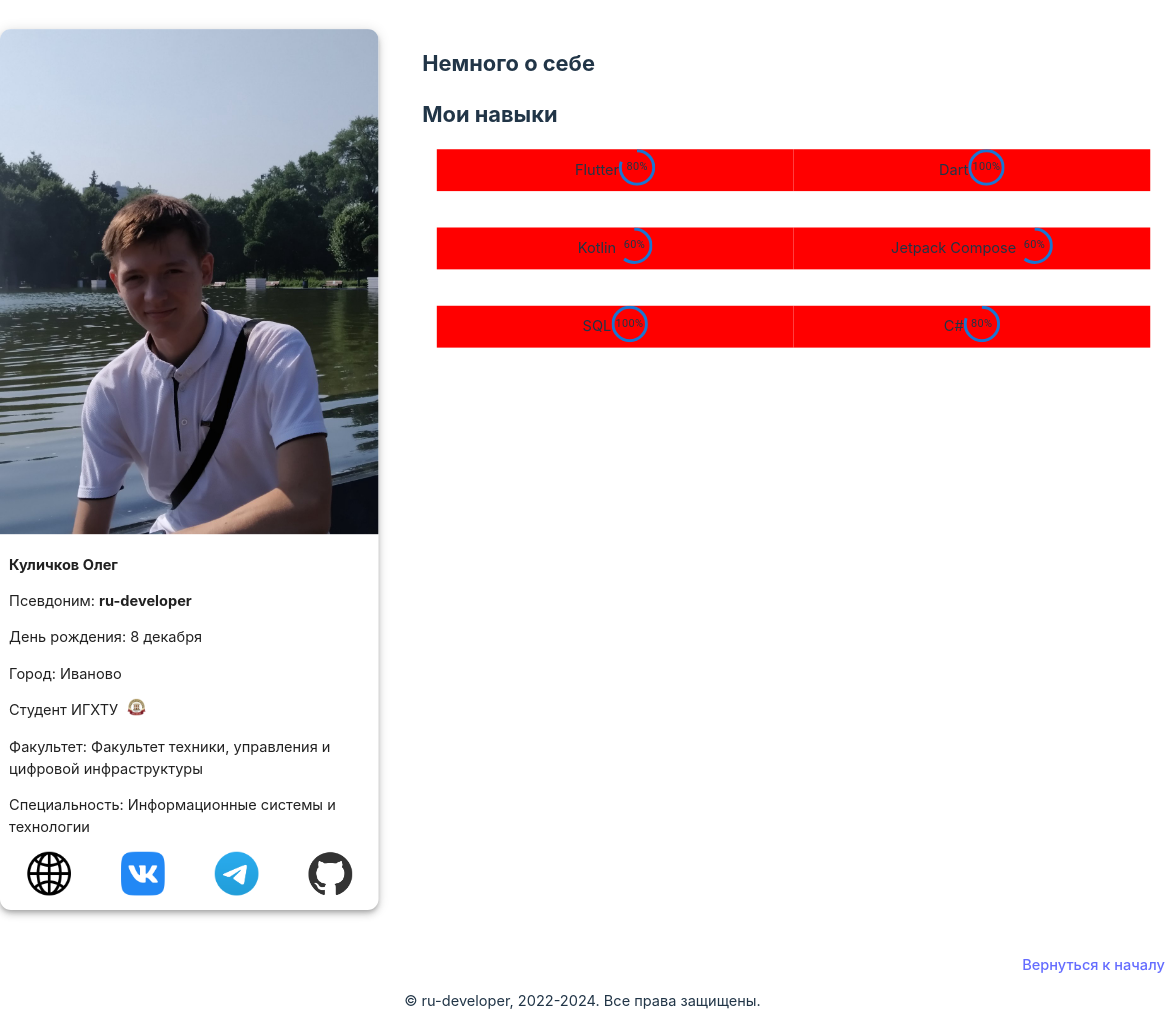
Repository: HubOl01/my_profile
Page: /
These files come from the project's save history. The page is drawn as it stood at one moment and after a run of saves; the edit follows.
The browser window is 1280 px wide. The pictures show the whole page, at 91% of full size.
The project was rebuilt for these pictures with package versions that can differ from the ones it lists, and the page was loaded fresh each time. Also part of the build but not shown: vite.config.ts, src/components/header/Header.module.scss, src/data/websites.ts.

Above is the page before, as saved 2024-03-09 10:57:41.

### src/App.tsx
import { Grid } from '@mui/material'
import './App.css'
import Common from './components/center/Common'
import Footer from './components/footer/Footer'
import Header from './components/header/Header'
import LeftBar from './components/left/LeftBar'
import style from './App.module.scss'

function App() {

  return (
    <>
      <Header />
      <Grid container spacing={2}>
        <Grid className={style.profile} item xs={4}>
          <LeftBar />
        </Grid>
        <Grid item xs>
          <Common />
        </Grid>
      </Grid>
      <Footer />
    </>
  )
}

export default App

### src/App.css
#root {
  max-width: 1280px;
  margin: 0 auto;
  /* padding: 2rem; */
  /* text-align: center; */
}
.logo:hover {
  filter: drop-shadow(0 0 2em #646cffaa);
}
.logo.react:hover {
  filter: drop-shadow(0 0 2em #61dafbaa);
}

@keyframes logo-spin {
  from {
    transform: rotate(0deg);
  }
  to {
    transform: rotate(360deg);
  }
}

@media (prefers-reduced-motion: no-preference) {
  a:nth-of-type(2) .logo {
    animation: logo-spin infinite 20s linear;
  }
}

/* .card {
  padding: 2em;
} */

.read-the-docs {
  color: #888;
}


/* .profile{
  min-width: 100%;
} */

### src/components/center/Common.tsx
import React from 'react'
import styles from './styles.module.scss'
import { Box, Grid } from '@mui/material'
import { CircularProgressWithLabel } from '../atoms/circularProgressWithLabel'
import { my_skills } from '../../data/my_skills'

export default function Common() {
  return (
    <div className={styles.center_common}>
      <h2>Немного о себе</h2>
      <p>

      </p>
      <h2>
        Мои навыки
      </h2>
      <Grid container margin={2} rowGap={5}>
        {
          my_skills.map((skill) =>
            <Grid xs={6}>
              <Box sx={{
                // width: "100%",
                "textAlign": "center",
                background: "red",
              }}
              ><div style={{
                display: "inline-block",
                "textAlign": "center",
                transform: "translateY(-50%)",
              }}>
                {skill.name}

              </div>
                <CircularProgressWithLabel value={skill.progress * 100} />


              </Box>
            </Grid>
          )
        }
        {/*
        <Grid xs={6} ><CircularProgressWithLabel value={my_skills[0].progress}/></Grid> */}
        {/* <Grid xs={6} ><CircularProgressWithLabel value={}/><</Grid>
        <Grid xs={6} ><CircularProgressWithLabel value={}/><</Grid>
        <Grid xs={6} ><CircularProgressWithLabel value={}/><</Grid>
        <Grid xs={6} ><CircularProgressWithLabel value={}/><</Grid>
        <Grid xs={6} ><CircularProgressWithLabel value={}/><</Grid> */}
      </Grid>
      {/* <h2>Хобби</h2>
      <p>
        Я люблю изучать что-то новое. Я программирую на языке программирования
        C# и продолжаю осваивать язык в некоторых направлениях. (Например:
        создание мобильных приложений Xamarin и создание игр Unity)
      </p>
      <h2>Спорт</h2>
      <p>
        Я более 10 лет занимаюсь конькобежным спортом. В 16 лет выполнил
        спортивный разряд кандидат в мастера спорта. Кроме этого, с начала 1
        курса я начал заниматься легкой атлетикой. Принимаю участие в
        соревнованиях в составе сборной ИГХТУ.
      </p> */}
    </div>
  )
}

### src/components/footer/Footer.tsx
import React from 'react'

export default function Footer() {
  return (
    // <footer className="text-muted" style={{
    //   "width":"100%"
    // }}>
      <div className="container">
        <p className="float-right" style={{
      "textAlign": "right"
    }}>
          <a href="#">Вернуться к началу</a>
        </p>
        <p className="footer-text"
        style={{
          "textAlign": "center"
        }}
        >© ru-developer, 2022-{(new Date()).getFullYear()}. Все права защищены.</p>
      </div>
    // </footer>
  )
}

### src/components/header/Header.tsx
import './Header.module.scss'

export default function Header() {
  return (
      <div>
        {/* <h1>About myself</h1> */}
      </div>
  )
}

### src/components/left/LeftBar.tsx
import { Card, Grid } from '@mui/material';
import about from '../../assets/images/About.jpg';
import isuct from '../../assets/images/isuct.png';
import { websites } from '../../data/websites';
import { nickname } from '../../data/my_projects';
import style from './style.module.scss';

const list_web = websites.map((web) =>
  <Grid item xs>
    <div className="web">
      <a
        href={web.href}
        title={web.title}
      >
        <img
          className={style.img_icon}
          alt={web.alt}
          src={web.src}
          width={40}
        />
      </a>
    </div>
  </Grid>
)


const LeftBar = () => {
  return (
    <>
      <Card elevation={5}
      className={style.leftCard}
        sx={{
          borderRadius: 3,
        }} >
        <a title="Куличков Олег" href="https://vk.com/oleg01f">
          <img
            alt="about"
            src={about}
            style={{
              // borderRadius: '15px',
              display: 'flex',
              width: "100%",
            }}
            data-holder-rendered="true"
          />
        </a>
        <div style={{ padding: "5px 10px 10px 10px" }}> {/* top, right, bottom, left */}
          <div>
            <p>
              <b>Куличков Олег</b>
            </p>
            <p>
              Псевдоним: <b>{nickname}</b>
            </p>
            <p>
              <span >День рождения:</span> 8 декабря
            </p>
            <p>
              <span className="text-format">Город:</span> Иваново
            </p>
            <p>
              Студент ИГХТУ
              <img
                className="isuct"
                alt="ISUCT"
                src={isuct}
                width={20}
                style={{ "marginLeft": "10px" }}
              // data-holder-rendered="true"
              />
            </p>
            <p>
              <span className="text-format">Факультет:</span> Факультет техники,
              управления и цифровой инфраструктуры
            </p>
            <p>
              <span className="text-format">Специальность:</span> Информационные
              системы и технологии
            </p>
            {/* <p style={{
              "textAlign": "center",
              "justifyContent": "center",
              display: 'flex',
              width: "100%",

          }}>
            <span className="text-format">Социальные сети</span>
          </p> */}

            <Grid container spacing={2}

              sx={{
                'textAlign': "center",
                // display: 'flex',
                // width: "100%",
              }
              }>
              {list_web}
            </Grid>

          </div>
        </div>


      </Card>
    </>
  )
}

export default LeftBar

### src/App.module.scss
@media (max-width: 425px) {
    .profile{
      min-width: 100%;
    }
  }
  @media screen and (min-width: 426px) {
    .profile{
      min-width: 300px;
    }
  }

### src/components/center/styles.module.scss
.center_common{
    padding: 2rem;
}

### src/components/atoms/circularProgressWithLabel.tsx
import * as React from 'react';
import CircularProgress, {
  CircularProgressProps,
} from '@mui/material/CircularProgress';
import Typography from '@mui/material/Typography';
import Box from '@mui/material/Box';

export function CircularProgressWithLabel(
  props: CircularProgressProps & { value: number },
) {
  return (
    <Box sx={{ position: 'relative', display: 'inline-flex' }}>
      <CircularProgress variant="determinate" {...props} />
      <Box
        sx={{
          top: 0,
          left: 0,
          bottom: 0,
          right: 0,
          position: 'absolute',
          display: 'flex',
          alignItems: 'center',
          justifyContent: 'center',
        }}
      >
        <Typography
          variant="caption"
          component="div"
          // color="text.secondary"
        >{`${Math.round(props.value)}%`}</Typography>
      </Box>
    </Box>
  );
}

// export default function CircularWithValueLabel() {
//   const [progress, setProgress] = React.useState(10);

//   React.useEffect(() => {
//     const timer = setInterval(() => {
//       setProgress((prevProgress) => (prevProgress >= 100 ? 0 : prevProgress + 10));
//     }, 800);
//     return () => {
//       clearInterval(timer);
//     };
//   }, []);

//   return <CircularProgressWithLabel value={progress} />;
// }

### src/data/my_skills.ts
import { FullStack } from "./my_projects";

interface ISkill{
    name: string;
    progress: number;
}

export const my_skills: ISkill[] = [
    {
        name: FullStack.Flutter,
        progress: .80
    },
    {
        name: FullStack.Dart,
        progress: 1
    },
    {
        name: FullStack.Kotlin,
        progress: .6
    },
    {
        name: FullStack.Jetpack_Compose,
        progress: .6
    },
    {
        name: FullStack.SQL,
        progress: 1
    },
    {
        name: FullStack.C_sharp,
        progress: .8
    }
]

### src/data/my_projects.ts
export interface IProjects {
  title: string;
  description: string[];
  url_icon: string;
  url_images: string[];
  url_stores: string[];
  url_sources: string[];
  creator: string;
  fullStack: string[];
  platforms: string[];
  color: string;
}
export const nickname = "ru-developer";
export enum Platforms {
  Android = "Android",
  IOS = "IOS",
  Windows = "Windows",
  Linux = "Linux",
  Web = "Web",
}
// enum Colors {
//   Red = "",
//   White = "",
//   Black = "",
//   Green = "",
// }
export enum FullStack {
  Flutter = "Flutter",
  Dart = "Dart",
  Kotlin = "Kotlin",
  Jetpack_Compose = "Jetpack Compose",
  Winforms = "Winforms",
  C_sharp = "C#",
  React = "React",
  Typescript = "Typescript",
  Retrofit = "Retrofit",
  PHP = "PHP",
  SQLite = "SQLite",
  SQL = "SQL",
  MySQL = "MySQL",
  PostgreSQL = "PostgreSQL",
  Git = "Git",
  HTML = "HTML",
  CSS = "CSS",
  SCSS = "SCSS",
  Vite = "Vite",
}

export const projects: IProjects[] = [
  {
    title: "My Songbook",
    description: [
      "My Songbook – это творческая мастерская в вашем кармане. Независимо от того, являетесь ли вы гитаристом, певцом, композитором или просто энтузиастом музыки, это приложение поможет вам воплотить ваши музыкальные идеи в жизнь.",
      "\n",
      "Основные возможности:",
      "\n",
      "- Записывайте и редактируйте песни: Создавайте музыку в любое время, в любом месте. Записывайте мелодии, добавляйте тексты и настраивайте аранжировки – все это в вашем распоряжении.",
      "- Справочник аккордов для гитары: Независимо от вашего уровня мастерства, наше приложение предлагает обширный справочник аккордов для гитары. Найдите нужный аккорд и создайте свой собственный уникальный звук.",
      "- Автоскролл и легкая навигация: Никогда больше не теряйтесь в тексте. Функция автоскролла позволяет вам сконцентрироваться на музыке, а не на прокрутке текста.",
      "- Делитесь своей музыкой: Поделитесь своими произведениями с миром через социальные сети непосредственно из приложения. Позвольте всем услышать вашу творческую энергию.",
      "- Аудиофайлы с песнями: Сохраняйте свои композиции в виде аудиофайлов. Прослушивайте их в любое время или отправляйте друзьям и коллегам.",
      "\n",
      "Почему выбрать My Songbook?",
      "\n",
      "- Простота и удобство: Даже если вы начинающий музыкант, вы сможете создавать профессиональные композиции с легкостью.",
      "- Безопасное хранение ваших произведений: Ваши записи остаются конфиденциальными. Спокойно работайте над своими идеями, зная, что они в безопасности.",
      "\n",
      "Неважно, вы начинающий музыкант или профессионал, My Songbook поможет вам создать и поделиться музыкой, которая касается сердец. Начните свое музыкальное путешествие сегодня!",
    ],
    url_icon: "",
    url_images: [],
    url_stores: [
      "https://apps.rustore.ru/app/ru.ru_developer.my_songbook",
      "https://appgallery.huawei.com/app/C109087129",
      "https://global.app.mi.com/details?lo=RU&la=en_US&id=ru.ru_developer.my_songbook.mi",
    ],
    url_sources: ["https://github.com/HubOl01/my_songbook"],
    creator: nickname,
    fullStack: [FullStack.Flutter, FullStack.Dart],
    platforms: [Platforms.Android],
    color: "",
  },
  {
    title: "Мой универ - ИГХТУ",
    description: [
      '"Мой универ - ИГХТУ" - это мобильное приложение, специально разработанное для студентов Ивановского государственного химико-технологического университета. Вы теперь сможете посмотреть расписание пар даже без интернета! Также можно получать уведомления об информации пар каждый день. В приложении также доступны заметки и вы можете записывать лекции, делать пометки, прикреплять ссылки и также делиться ими.',
      "\n",
      "Основные функции приложения:",
      "\n",
      "- Календарь с расписанием пар на текущий день",
      "- Расписание лекций, практик и семинаров",
      "- Новости ВУЗа",
      "- Вход в moodle ИГХТУ",
      "- Расписание преподавателей, сессий",
      "- Поисковик",
      "- Заметки, конспекты",
      "- Уведомления об информации пар на каждый день",
      "\n",
      "Также приложение адаптировано под планшеты      ",
    ],
    url_icon: "",
    url_images: [],
    url_stores: [
      "https://apps.rustore.ru/app/ru.ru_developer.my_university_isuct",
    ],
    url_sources: ["https://github.com/HubOl01/my_university_isuct"],
    creator: nickname,
    fullStack: [FullStack.Flutter, FullStack.Dart, FullStack.PHP],
    platforms: [Platforms.Android],
    color: "",
  },
  {
    title: "MyAppHome",
    description: ["Приложение для многоквартирных домов"],
    url_icon: "",
    url_images: [],
    url_stores: [],
    url_sources: [],
    creator: "Создано вместе с командой OVERLAGO",
    fullStack: [FullStack.Flutter, FullStack.Dart],
    platforms: [Platforms.Android],
    color: "",
  },
  {
    title: "City Adventures",
    description: [],
    url_icon: "",
    url_images: [],
    url_stores: [],
    url_sources: [],
    creator: "Создано с командой на хакатоне",
    fullStack: [FullStack.Flutter, FullStack.Dart],
    platforms: [Platforms.Android],
    color: "",
  },
  {
    title: "Bellisemo",
    description: ["Student project for study architectural technologies"],
    url_icon: "",
    url_images: [],
    url_stores: [],
    url_sources: [],
    creator: "Student project",
    fullStack: [FullStack.React, FullStack.Typescript],
    platforms: [Platforms.Web],
    color: "",
  },
  {
    title: "Weather",
    description: ["Student project for study kotlin jetpack compose"],
    url_icon: "",
    url_images: [],
    url_stores: [],
    url_sources: [],
    creator: nickname,
    fullStack: [
      FullStack.Jetpack_Compose,
      FullStack.Kotlin,
      FullStack.Retrofit,
    ],
    platforms: [Platforms.Android],
    color: "",
  },
  {
    title: "My portfolio",
    description: ["Вебсайт для показа своих проектов, которые мы видим здесь"],
    url_icon: "",
    url_images: [],
    url_stores: [],
    url_sources: [],
    creator: nickname,
    fullStack: [FullStack.React, FullStack.Typescript],
    platforms: [Platforms.Web],
    color: "",
  },
];

### src/components/left/style.module.scss
@media (max-width: 699px) {
    .img_icon {
        width: 2em;
        // height: 50%;
    }
}
@media screen and (min-width: 700px) {
    .img_icon {
        width: 3em;
        // height: 50%;
    }
}
// @media screen and (max-width: 768px) {
//     .img_icon {
//         width: 50px;
//         height: 50px;
//     }
// }
div {
    display: "flex";
}
.leftCard {
    margin: 2em 0;
}
/* // .custom-card{

// } */

Loaded but not shown: index.html (common file); src/main.tsx (common file); src/index.css (common file)

After the next 4 saves:
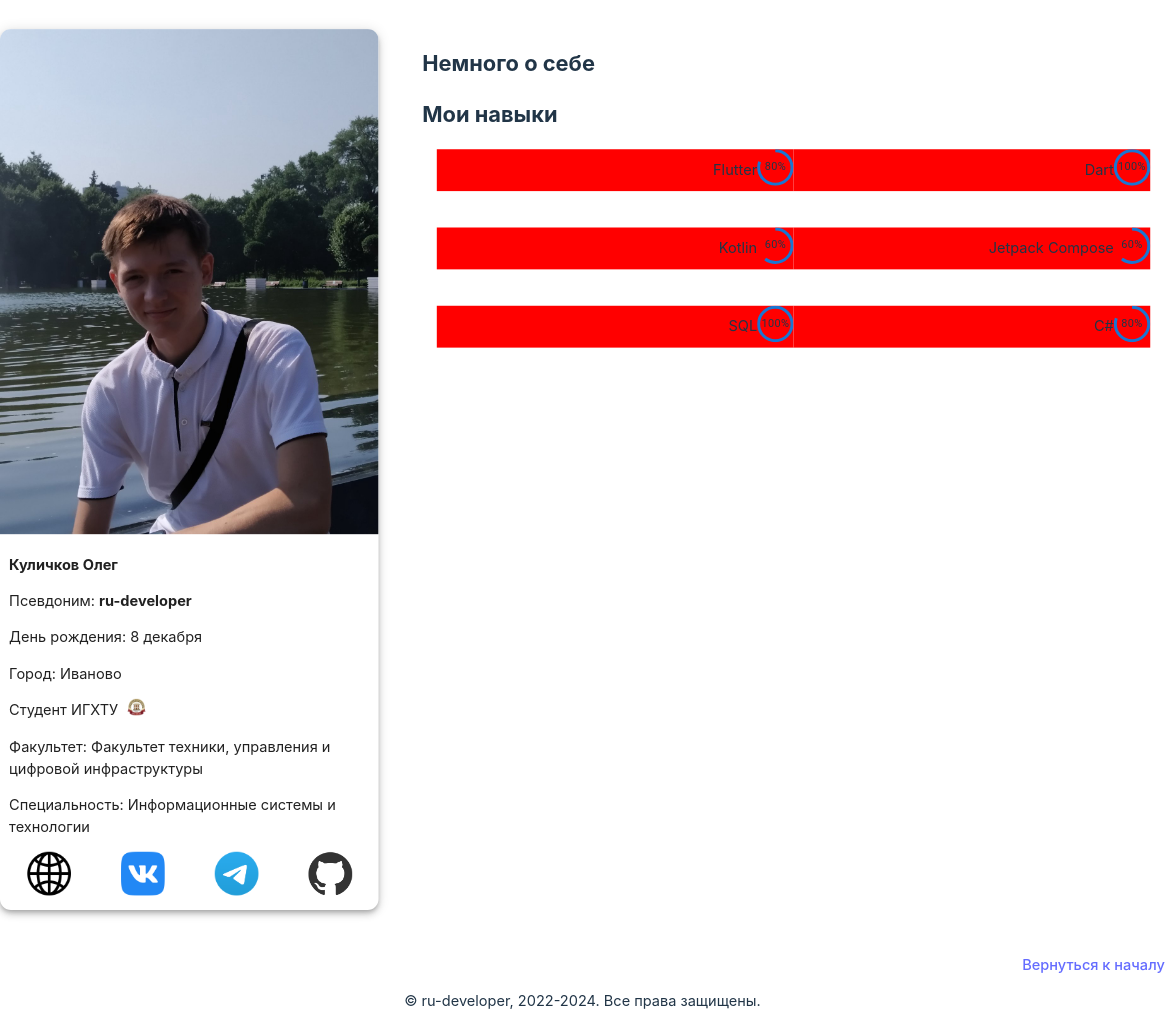
The 4 saves are shown as one change because they came seconds apart.
The last was saved 12 s later.
--- a/src/components/center/Common.tsx
+++ b/src/components/center/Common.tsx
@@ -20,7 +20,7 @@ export default function Common() {
             <Grid xs={6}>
               <Box sx={{
                 // width: "100%",
-                "textAlign": "center",
+                "textAlign": "right",
                 background: "red",
               }}
               ><div style={{
